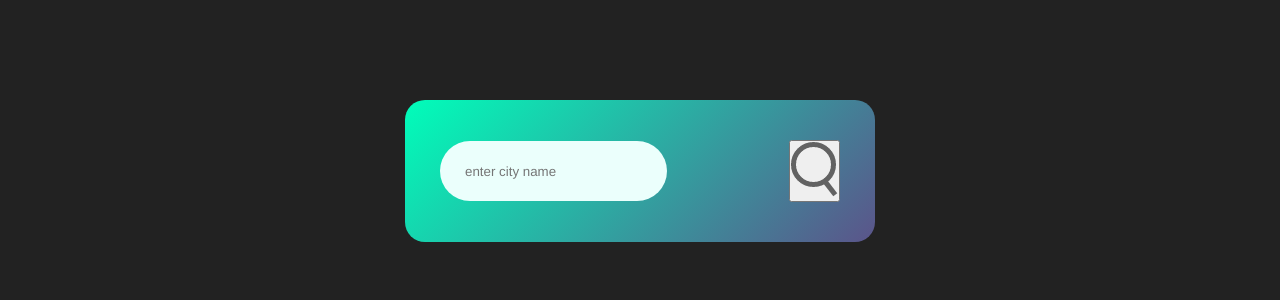
Repository: sodmaq/weatherApp
Page: index.html
The author's editor kept a copy of each file at every save. The page is drawn from the files as they stood at one save, then again after the next save.
The browser window is 1280 px wide. The pictures show the whole page.

Above is the page before, as saved 2023-06-24 22:05:35.

### index.html
<!DOCTYPE html>
<html lang="en">
  <head>
    <meta charset="UTF-8" />
    <meta name="viewport" content="width=device-width, initial-scale=1.0" />
    <link rel="stylesheet" href="style.css">
    <title>Weather App</title>
  </head>
  <body>
    <div class="card">
      <div class="search">
        <input type="text" placeholder="enter city name" spellcheck="false" />
        <button><img src="images/search.png" alt="search_icon"></button>
      </div>
    </div>
  </body>
</html>

### style.css
* {
  margin: 0;
  padding: 0;
  font-family: "Franklin Gothic Medium", "Arial Narrow", Arial, sans-serif;
  box-sizing: border-box;
}
body {
  background-color: #222;
}

.card {
  width: 90%;
  max-width: 470px;
  background: linear-gradient(135deg,#00feba, #5b548a);
  color: #fff;
  margin: 100px auto 0;
  border-radius: 20px;
  padding: 40px 35px;
  text-align: center;
}
.search{
    width: 100%;
    display: flex;
    align-items: center;
    justify-content: space-between;
}

.search input{
    border: 0;
    outline: 0;
    background: #ebfffc;
    color: #555;
    padding: 10px 25px;
    height: 60px;
    border-radius: 30px;
    fle
}

After the next save:
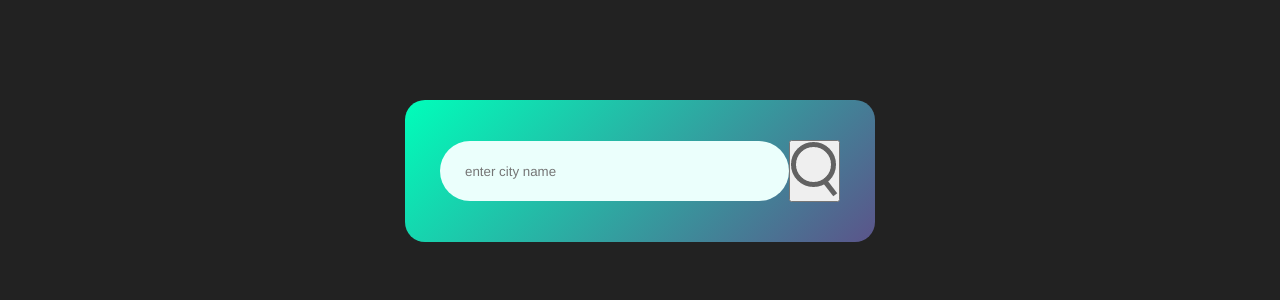
Saved 4 s later.
--- a/style.css
+++ b/style.css
@@ -33,5 +33,5 @@ body {
     padding: 10px 25px;
     height: 60px;
     border-radius: 30px;
-    fle
+    flex: content;
 }
